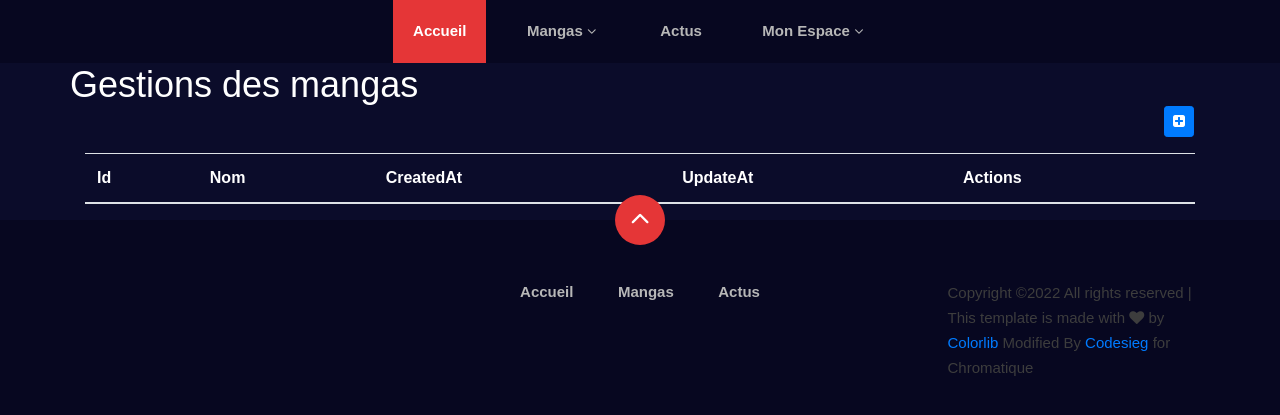
Repository: Codesieg/Chromatique
Page: chromatique/resources/views/admin/browse.blade.php
An editor plug-in stored every save of this project. The page is shown before and after the next save, followed by the edit.
The browser window is 1280 px wide. The pictures show the whole page.
Some web fonts or font styles are not loaded; a fallback is used. The page is served by the project's Laravel application, run on PHP 8.4 with Laravel 8. Other server files are loaded and not shown. The template is opened directly, without the code that normally fills it, so the values that code supplies are empty.

Above is the page before, as saved 2022-04-03 16:28:33.

### chromatique/routes/web.php
<?php


use Illuminate\Support\Facades\Auth;
use Illuminate\Support\Facades\Route;
use App\Http\Controllers\PagesController;
use App\Http\Controllers\TomesController;
use App\Http\Controllers\MangasController;
use App\Http\Controllers\Auth\LoginController;
use App\Http\Controllers\Admin\AdminTomesController;
use App\Http\Controllers\Admin\AdminMangasController;


/*
|--------------------------------------------------------------------------
| Web Routes
|--------------------------------------------------------------------------
|
| Here is where you can register web routes for your application. These
| routes are loaded by the RouteServiceProvider within a group which
| contains the "web" middleware group. Now create something great!
|
*/
//-------------- Route front ----------------
// Route::get('/', [MangasController::class,'browse'])->name('browse_mangas');

Route::get(
    '/',
    [MangasController::class, 'browse']
)->name('browse_mangas');

Route::get(
    '/tome/browse/{id}',
    [TomesController::class,'browse']
)->name('browse_tomes');

Route::get(
    '/tome/page/{id}',
    [PagesController::class,'read']
)->name('browse_pages');

// Route::post(
//     '/logout',
//     [LoginController::class,'logout']
// )->name('user_logout');

//-------------- Route back-office manga ----------------

Route::get(
    '/admin',
    [AdminMangasController::class, 'browse']
)->name('admin_browse_mangas')->middleware('auth');

// Route affichant le formulaire d'ajout d'un manga
Route::get(
    '/admin/add/manga',
    [AdminMangasController::class, 'form']
)->name('admin_form_manga')->middleware('auth');

//  Route ajoutant le manga, au clique sur le formulaire
Route::post(
    '/admin/add/manga',
    [AdminMangasController::class, 'add']
)->name('admin_add_manga')->middleware('auth');

// Supprimer un manga
Route::delete(
    '/admin/delete/{id}',
    [AdminMangasController::class, 'delete']
)->name('admin_delete_manga')->middleware('auth');

//  Route qui vient scanner le dossier publique au clique sur le bouton scanner
Route::post(
    '/admin/insert',
    [AdminMangasController::class, 'insert']
)->name('admin_insert_manga')->middleware('auth');

// Permet d'afficher le forms de modification d'un manga
Route::get(
    '/admin/manga/edit/{id}',
    [AdminMangasController::class, 'form_edit']
)->name('admin_form_edit_manga')->middleware('auth');

// Permet d'enregistrer les modifications d'un manga
Route::post(
    '/admin/manga/edit/{id}',
    [AdminMangasController::class, 'edit']
)->name('admin_edit_manga')->middleware('auth');

//-------------- Route back-office tome ----------------

// On récupère l'id du manga sur cette route et on affiche le formulaire d'ajout d'un tome par rapport à ça franchise
Route::get(
    '/admin/add/tome/{id}',
    [AdminTomesController::class, 'form']
)->name('admin_form_tome')->middleware('auth');

// On ajoute un tome
Route::post(
    '/admin/add/tome',
    [AdminTomesController::class, 'add']
)->name('admin_add_tome')->middleware('auth');

// On liste tous les tomes de tous les mangas
Route::get(
    '/admin/tome/',
    [AdminTomesController::class, 'browse']
)->name('admin_browse_tomes')->middleware('auth');

// On liste tous les tomes d'un manga
Route::get(
    '/admin/tome/{id}',
    [AdminTomesController::class, 'read']
)->name('admin_read_tome')->middleware('auth');

// Permet de supprimer un tome
Route::delete(
    '/admin/delete/tome/{id}',
    [AdminTomesController::class, 'delete']
)->name('admin_delete_tome')->middleware('auth');

// Permet de modifier un tome
Route::get(
    '/admin/tome/edit/{id}',
    [AdminTomesController::class, 'edit']
)->name('admin_edit_tome')->middleware('auth');

// ---------------route d'authentification------------

Auth::routes();

### chromatique/app/Http/Controllers/Auth/ConfirmPasswordController.php
<?php

namespace App\Http\Controllers\Auth;

use App\Http\Controllers\Controller;
use App\Providers\RouteServiceProvider;
use Illuminate\Foundation\Auth\ConfirmsPasswords;

class ConfirmPasswordController extends Controller
{
    /*
    |--------------------------------------------------------------------------
    | Confirm Password Controller
    |--------------------------------------------------------------------------
    |
    | This controller is responsible for handling password confirmations and
    | uses a simple trait to include the behavior. You're free to explore
    | this trait and override any functions that require customization.
    |
    */

    use ConfirmsPasswords;

    /**
     * Where to redirect users when the intended url fails.
     *
     * @var string
     */
    protected $redirectTo = RouteServiceProvider::LOGIN;

    /**
     * Create a new controller instance.
     *
     * @return void
     */
    public function __construct()
    {
        $this->middleware('auth');
    }
}

### chromatique/resources/views/admin/browse.blade.php
@extends ('layout')

@section('contenu')

<div class="container">
    <h2 class="white ms-2"> Gestions des mangas </h2>
    <div class="d-flex justify-content-end mb-3 px-3">
        <button type="button" class="btn btn-primary btn-sm white"><a class="text-decoration-none text-white" href="{{route('admin_form_manga')}}"><i class="fa fa-plus-square white"></i></a></button>
    </div>
    <div class="col-12">
        <table class="table">
            <thead>
            <tr>
                <th class="text-white">Id</th>
                <th class="text-white">Nom</th>
                <th class="text-white">CreatedAt</th>
                <th class="text-white">UpdateAt</th>
                <th class="text-white">Actions</th>
            </tr>
            </thead>
            <tbody>
            @foreach ($listMangas as $manga)
            <tr>
                <td class="text-white">{{$manga->id}}</td>
                <td class="text-white">{{$manga->manga_name}}</td>
                <td class="text-white">{{$manga->created_at}}</td>
                <td class="text-white">{{$manga->update_at}}</td>
                <td class="btn-actions">
                    <div class="d-flex">
                        <button type="button" class="btn btn-success btn-sm">
                            <a class="text-decoration-none text-white"  href="{{route('admin_form_edit_manga', ['id' => $manga->id]) }}" data-toggle="tooltip" data-placement="bottom" title="Modifier le manga"><i class="fa fa-edit white"></i></a>
                        </button>

                        <button type="button" class="btn btn-success btn-sm mx-2">
                            <a class="text-decoration-none text-white" href="{{route('admin_read_tome', ['id' => $manga->id]) }}" data-toggle="tooltip" data-placement="bottom" title="Voir les tomes"><i class="fa fa-eye white"></i></a>
                        </button>
                            <form action="{{route('admin_delete_manga', ['id' => $manga->id])}}" method="post">
                                <button type="submit" class="btn-trash">
                                    <i class="fa fa-trash white"></i>
                                    <input type="hidden" name="_method" value="delete" />
                                    @csrf
                                </button>
                            </form>
                    </div>
                </td>
            </tr>
            @endforeach
            </tbody>
        </table>
    </div>
</div>
@endsection

### chromatique/resources/views/layout.blade.php
<!DOCTYPE html>
<html lang="french">

<head>
    <meta charset="UTF-8">
    <meta name="description" content="Chromatique team">
    <meta name="keywords" content="Manga, unica, creative, html">
    <meta name="viewport" content="width=device-width, initial-scale=1.0">
    <meta http-equiv="X-UA-Compatible" content="ie=edge">
    <title>Chromatique</title>

    <!-- Google Font -->
    <link href="https://fonts.googleapis.com/css2?family=Oswald:wght@300;400;500;600;700&display=swap" rel="stylesheet">
    <link href="https://fonts.googleapis.com/css2?family=Mulish:wght@300;400;500;600;700;800;900&display=swap"
    rel="stylesheet">

    <!-- Css Styles -->
    <link rel="stylesheet" href=<?= asset('assets/css/bootstrap.min.css') ?> type="text/css">
    <link rel="stylesheet" href=<?= asset('assets/css/font-awesome.min.css') ?> type="text/css">
    <link rel="stylesheet" href=<?= asset('assets/css/elegant-icons.css') ?> type="text/css">
    <link rel="stylesheet" href=<?= asset('assets/css/plyr.css') ?> type="text/css">
    <link rel="stylesheet" href=<?= asset('assets/css/nice-select.css') ?> type="text/css">
    <link rel="stylesheet" href=<?= asset('assets/css/owl.carousel.min.css') ?> type="text/css">
    <link rel="stylesheet" href=<?= asset('assets/css/slicknav.min.css') ?> type="text/css">
    <link rel="stylesheet" href=<?= asset('assets/css/style.css') ?> type="text/css">
</head>
<!-- Page Preloder -->
<div id="preloder">
    <div class="loader"></div>
</div>

    <!-- Header Section Begin -->
    <header class="header">
        <div class="container">
            <div class="row">
                <div class="col-lg-2">
                    <div class="header__logo">
                        <a href="{{route('browse_mangas')}}">
                            <img src="img/logo.png" alt="">
                        </a>
                    </div>
                </div>
                <div class="col-lg-8">
                    <div class="header__nav">
                        <nav class="header__menu mobile-menu">
                            <ul>
                                <li class="active"><a href="{{route('browse_mangas')}}">Accueil</a></li>
                                <li><a>Mangas<span class="arrow_carrot-down"></span></a>
                                    <ul class="dropdown">
                                        <li><a href="">Naruto</a></li>
                                        <li><a href="">Bleach</a></li>
                                        <li><a href="">Alice in Borderland</a></li>
                                        <li><a href="">One Piece</a></li>
                                        <li><a href="">Death Note</a></li>
                                        <li><a href="">Dragon Ball</a></li>
                                    </ul>
                                </li>
                                <li><a href="">Actus</a></li>
                                {{-- <li><a href="#">Contacts</a></li> --}}
                                {{-- <a href="#" class="search-switch"><span class="icon_search"></span></a> --}}
                                <li><a>Mon Espace<span class="arrow_carrot-down"></span></a>
                                    <ul class="dropdown">
                                        @if (!Auth::check())
                                        <li><a href="{{route('login')}}">Connexion</a></li>
                                            <li><a href="{{route('register')}}">Inscription</a></li>
                                        @else
                                        <li>
                                            <a href="{{ route('logout') }}"
                                            onclick="event.preventDefault();
                                                                document.getElementById('logout-form').submit();">
                                                {{ __('Deconnexion') }}
                                            </a>
                                            <form id="logout-form" action="{{ route('logout') }}" method="POST" style="display: none;">
                                                @csrf
                                            </form>
                                            @endif
                                        </li>

                                        @if (Auth::check())
                                        <li><a href="{{route('admin_browse_mangas')}}">Gestion Manga</a></li>
                                        <li><a href="{{route('admin_browse_tomes')}}">Gestion Tome</a></li>
                                        <li><a href="">Gestion des utilisateur</a></li>
                                        @endif
                                    </ul>
                                </li>
                            </ul>
                        </nav>
                    </div>
                </div>
            </div>
            <div id="mobile-menu-wrap"></div>
        </div>
    </header>
    <!-- Header End -->
<body>
    <!-- wrap -->
    @include('layouts/flash-message')
    <div class="wrapper">

    @yield('contenu')
    </div>


</body>
@include('layouts/footer')


<script src="https://cdn.jsdelivr.net/npm/bootstrap@5.0.0-beta3/dist/js/bootstrap.bundle.min.js" integrity="sha384-JEW9xMcG8R+pH31jmWH6WWP0WintQrMb4s7ZOdauHnUtxwoG2vI5DkLtS3qm9Ekf" crossorigin="anonymous"></script>
<!-- Js Plugins -->
<script src="<?= asset('assets/js/jquery-3.3.1.min.js') ?>"></script>
<script src="<?= asset('assets/js/bootstrap.min.js') ?>"></script>
<script src="<?= asset('assets/js/player.js') ?>"></script>
<script src="<?= asset('assets/js/jquery.nice-select.min.js') ?>"></script>
<script src="<?= asset('assets/js/mixitup.min.js') ?>"></script>
<script src="<?= asset('assets/js/jquery.slicknav.js') ?>"></script>
<script src="<?= asset('assets/js/owl.carousel.min.js') ?>"></script>
<script src="<?= asset('assets/js/main.js') ?>"></script>
</html>

### chromatique/resources/views/layouts/flash-message.blade.php
@if ($message = Session::get('success'))
<div class="alert alert-success alert-block ">
        <strong>{{ $message }}</strong>
</div>
@endif


@if ($message = Session::get('error'))
<div class="alert alert-danger alert-block ">
        <strong>{{ $message }}</strong>
</div>
@endif


@if ($message = Session::get('warning'))
<div class="alert alert-warning alert-block">
	<strong>{{ $message }}</strong>
</div>
@endif


@if ($message = Session::get('info'))
<div class="alert alert-info alert-block ">
	<strong>{{ $message }}</strong>
</div>
@endif


@if ($errors->any())
<div class="alert alert-danger ">
    Please check the form below for errors
</div>
@endif

### chromatique/resources/views/layouts/footer.blade.php
<!-- Footer Section Begin -->
<footer class="footer">
    <div class="page-up">
        <a href="#" id="scrollToTopButton"><span class="arrow_carrot-up"></span></a>
    </div>
    <div class="container">
        <div class="row">
            <div class="col-lg-3">
                <div class="footer__logo">
                    <a href="./index.html"><img src="" alt=""></a>
                </div>
            </div>
            <div class="col-lg-6">
                <div class="footer__nav">
                    <ul>
                        <li class="active"><a href="{{route('browse_mangas')}}">Accueil</a></li>
                        <li><a href="{{route('browse_mangas')}}">Mangas</a></li>
                        <li><a href="">Actus</a></li>
                    </ul>
                </div>
            </div>
            <div class="col-lg-3">
                <p><!-- Link back to Colorlib can't be removed. Template is licensed under CC BY 3.0. -->
                Copyright &copy;<script>document.write(new Date().getFullYear());</script> All rights reserved | This template is made with <i class="fa fa-heart" aria-hidden="true"></i> by <a href="https://colorlib.com" target="_blank">Colorlib</a>
                Modified By <a href="http://chromatique.codesieg.fr">Codesieg </a>for Chromatique
                <!-- Link back to Colorlib can't be removed. Template is licensed under CC BY 3.0. --></p>

            </div>
        </div>
    </div>
</footer>
<!-- Footer Section End -->

Loaded but not shown: chromatique/app/Providers/AppServiceProvider.php (common file); chromatique/app/Http/Controllers/Controller.php (common file); chromatique/public/assets/css/bootstrap.min.css (library); chromatique/public/assets/css/font-awesome.min.css (library); chromatique/public/assets/css/plyr.css (library); chromatique/public/assets/css/nice-select.css (common file); chromatique/public/assets/css/owl.carousel.min.css (library); chromatique/public/assets/css/slicknav.min.css (common file); chromatique/public/assets/js/jquery-3.3.1.min.js (library); chromatique/public/assets/js/bootstrap.min.js (library); chromatique/public/assets/js/player.js (library); chromatique/public/assets/js/jquery.nice-select.min.js (common file); chromatique/public/assets/js/mixitup.min.js (library); chromatique/public/assets/js/jquery.slicknav.js (library); chromatique/public/assets/js/owl.carousel.min.js (library); chromatique/public/assets/js/main.js (101 lines, source omitted); chromatique/public/assets/css/style.css (2403 lines, source omitted); chromatique/public/assets/css/elegant-icons.css (1157 lines, source omitted)

After the next save:
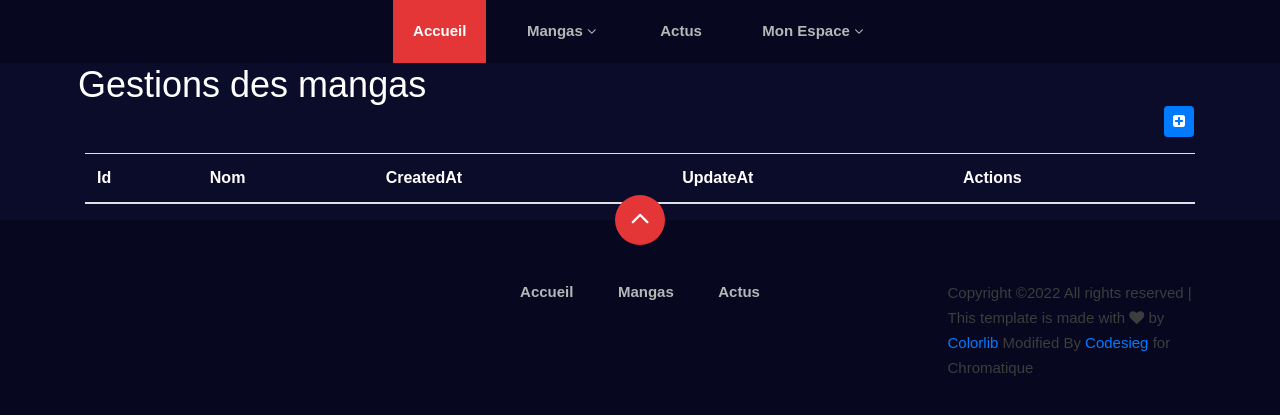
Saved 12 s later.
--- a/chromatique/resources/views/admin/browse.blade.php
+++ b/chromatique/resources/views/admin/browse.blade.php
@@ -3,7 +3,7 @@
 @section('contenu')
 
 <div class="container">
-    <h2 class="white ms-2"> Gestions des mangas </h2>
+    <h2 class="white mx-2"> Gestions des mangas </h2>
     <div class="d-flex justify-content-end mb-3 px-3">
         <button type="button" class="btn btn-primary btn-sm white"><a class="text-decoration-none text-white" href="{{route('admin_form_manga')}}"><i class="fa fa-plus-square white"></i></a></button>
     </div>
